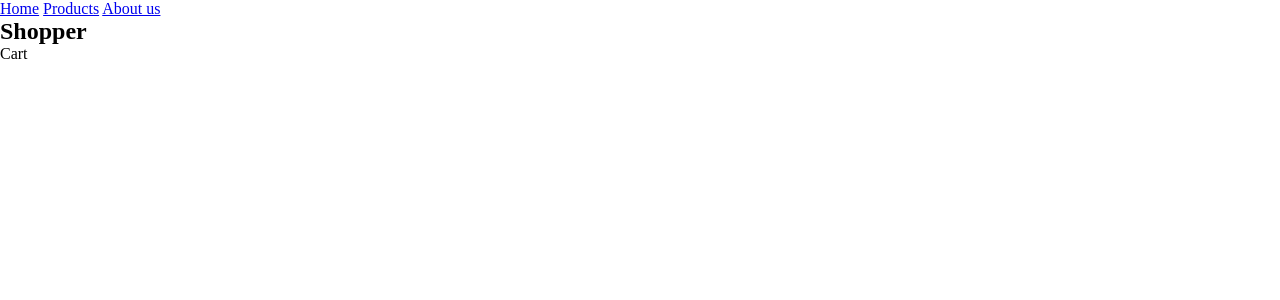
Repository: tetlisna/myprojectJS2
Page: index.html
The author's editor kept a copy of each file at every save. The page is drawn from the files as they stood at one save, then again after the next save.
The browser window is 1280 px wide. The pictures show the whole page.

Above is the page before, as saved 2022-09-04 17:52:55.

After the next save:
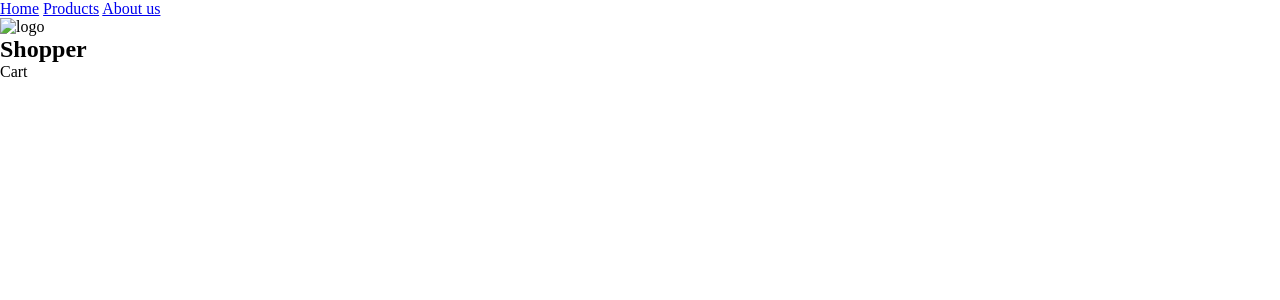
Not found: images/logo-white.svg
Saved 7 s later.
--- a/index.html
+++ b/index.html
@@ -20,6 +20,7 @@
       </div>
     </nav>
 	<!-- Logo -->
+	<img src="./images/logo-white.svg" class="nav-logo" alt="logo">
     <!--Main section-->
     <section>
       <div id="container">
